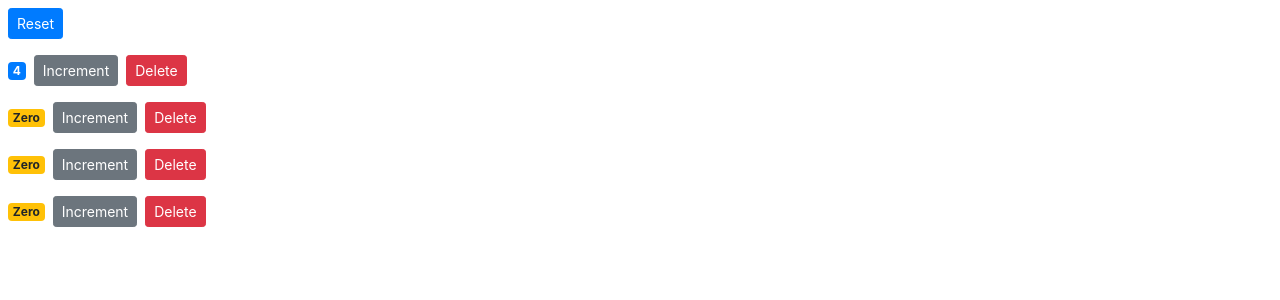
Repository: smk87/First-React-App
Page: /
An editor plug-in stored every save of this project. The page is shown before and after the next save, followed by the edit.
The browser window is 1280 px wide. The pictures show the whole page.
The project was rebuilt for these pictures with package versions that can differ from the ones it lists, and the page was loaded fresh each time. Also part of the build but not shown: src/App.css, src/App.js.

Above is the page before, as saved 2019-01-05 18:47:48.

After the next save:
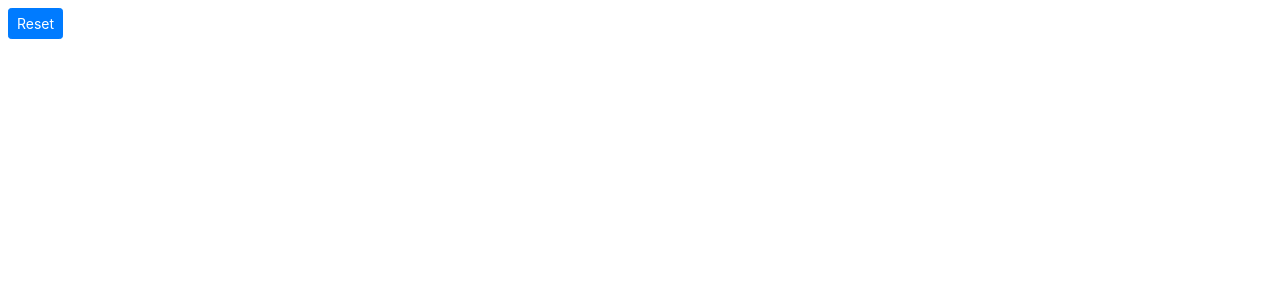
Saved 35 s later.
--- a/src/components/counter.jsx
+++ b/src/components/counter.jsx
@@ -37,7 +37,7 @@
           Increment
         </button>
         <button
-          onClick={() => this.props.onDelete(this.props.counter.id)}
+          onClick={this.props.onDelete(this.props.counter.id)}
           className="btn btn-danger btn-sm m-2"
         >
           Delete

After the save that followed:
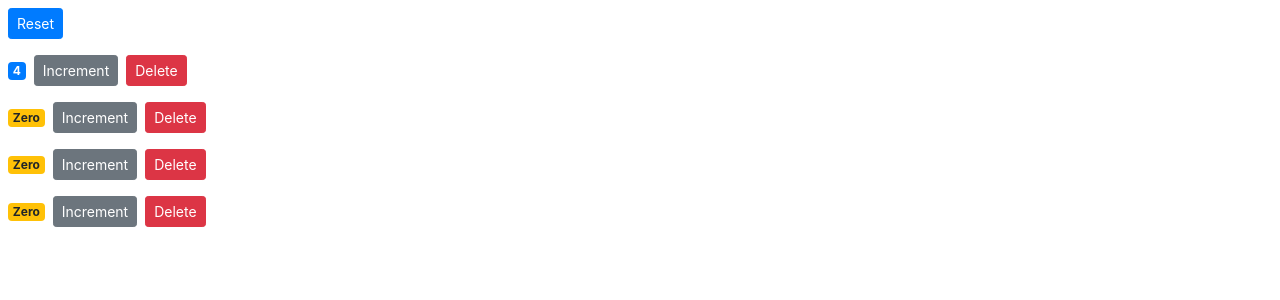
Saved 8 s later.
--- a/src/components/counter.jsx
+++ b/src/components/counter.jsx
@@ -37,7 +37,7 @@
           Increment
         </button>
         <button
-          onClick={this.props.onDelete(this.props.counter.id)}
+          onClick={() => this.props.onDelete(this.props.counter.id)}
           className="btn btn-danger btn-sm m-2"
         >
           Delete
